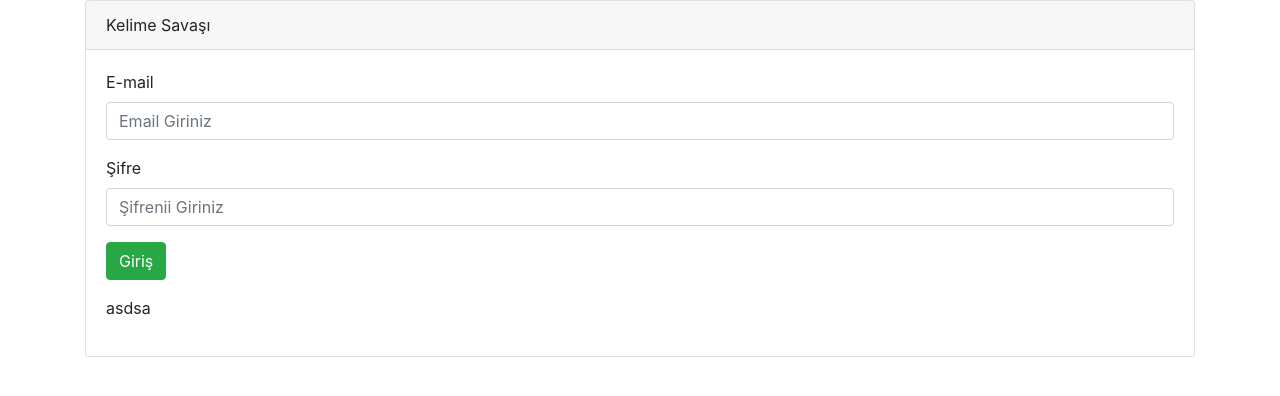
Repository: triapost/kelimeapp
Page: /login
An editor plug-in stored every save of this project. The page is shown before and after a run of saves, followed by the edit.
The browser window is 1280 px wide. The pictures show the whole page.
The project was rebuilt for these pictures with package versions that can differ from the ones it lists, and the page was loaded fresh each time. Also part of the build but not shown: src/pages/auth/Register.js, src/pages/home/Home.js.

Above is the page before, as saved 2020-09-15 22:28:14.

After the next 6 saves:
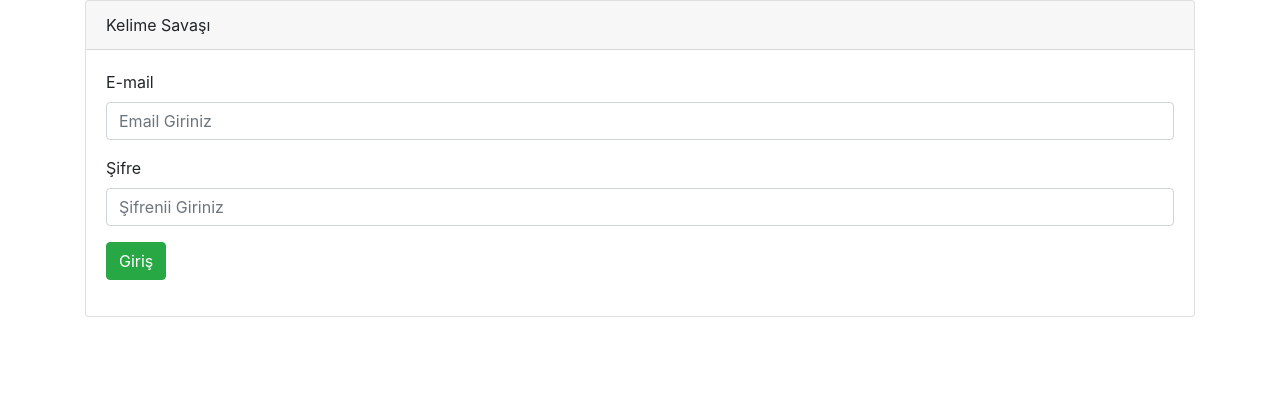
The 6 saves are shown as one change because 1 did not build or start and some came seconds apart.
The last was saved 44 s later.
--- a/src/pages/auth/Login.js
+++ b/src/pages/auth/Login.js
@@ -1,4 +1,5 @@
 import React, { useState } from "react";
+import { Link } from "react-router-dom";
 
 const Login = () => {
   return (
@@ -30,7 +31,7 @@ const Login = () => {
             <div className="form-group">
               <button className="btn btn-success">Giriş</button>
             </div>{" "}
-            <div className="form-group"> asdsa</div>
+            <div className="form-group"> <Link></Link></div>
           </form>
         </div>
       </div>
